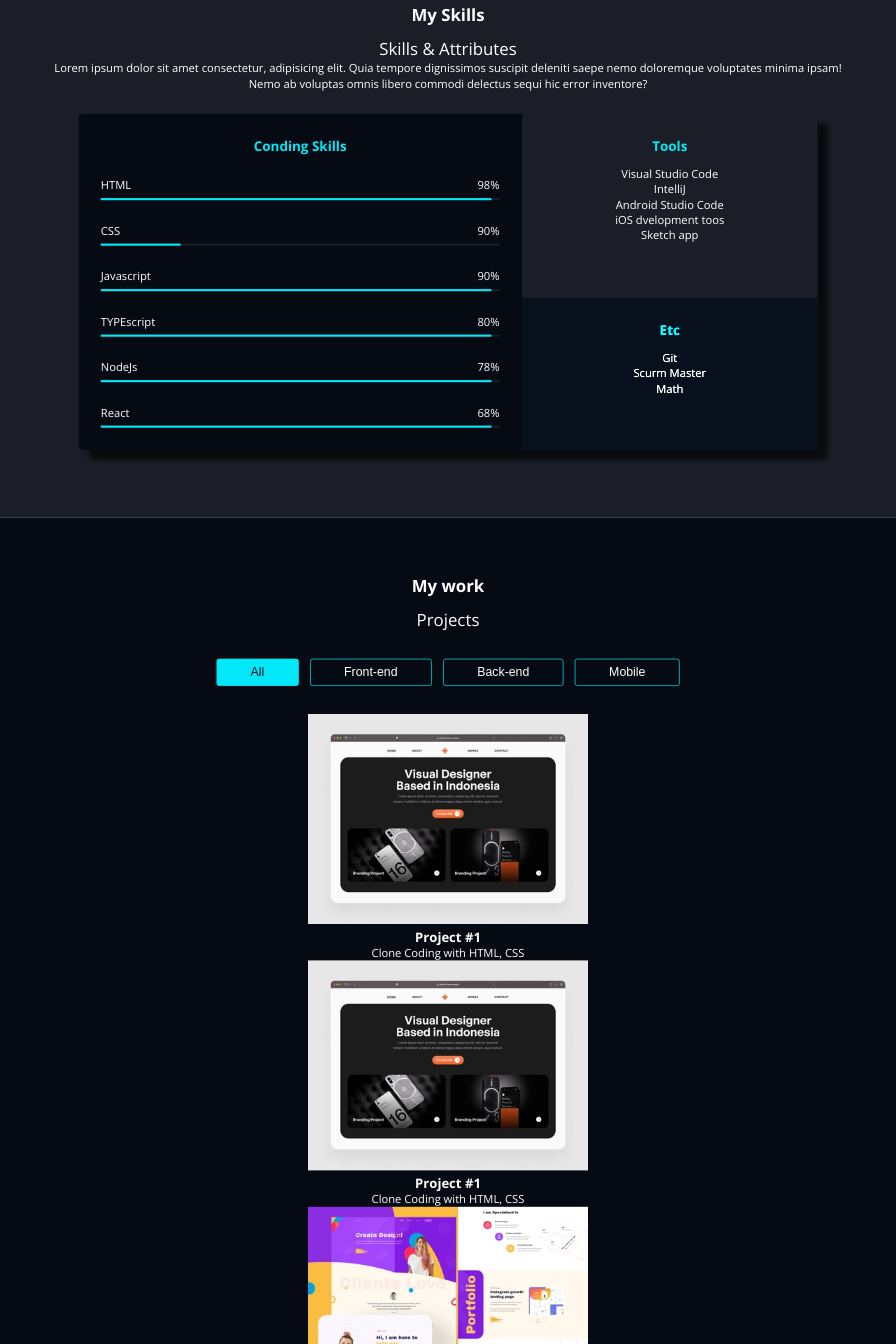
Repository: Arden-Sol/portfolio-website-clone-coding
Page: index.html
The author's editor kept a copy of each file at every save. The page is drawn from the files as they stood at one save, then again after the next save.
The browser window is 1280 px wide. The pictures show the part of the page from y = 1470 to 3390 px (the page is 6873 px tall), at 70% of full size.
Some web libraries are served in a nearby version.

Above is the page before, as saved 2024-03-27 00:58:57.

After the next save:
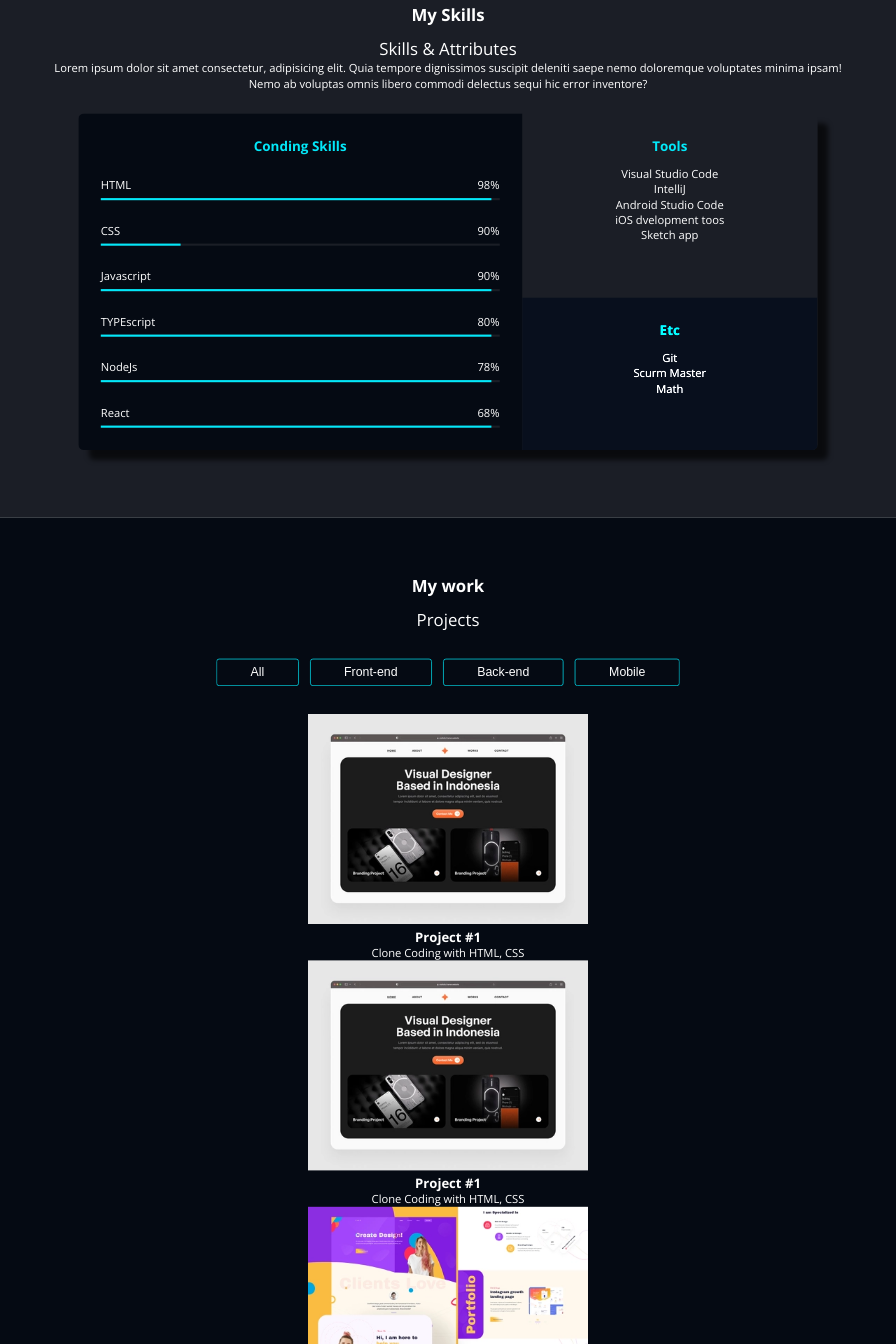
Saved 35 s later.
--- a/css/style.css
+++ b/css/style.css
@@ -264,7 +264,7 @@
   border: 1px solid var(--color-accent);
   cursor: pointer;
 }
-.category__selected {
+.category--selected {
   background-color: var(--color-accent);
   color: var(--color-primary);
 }
@@ -281,3 +281,6 @@
   background-color: var(--color-accent-variant);
   color: var(--color-text);
 }
+.category--selected {
+
+}

After the save that followed:
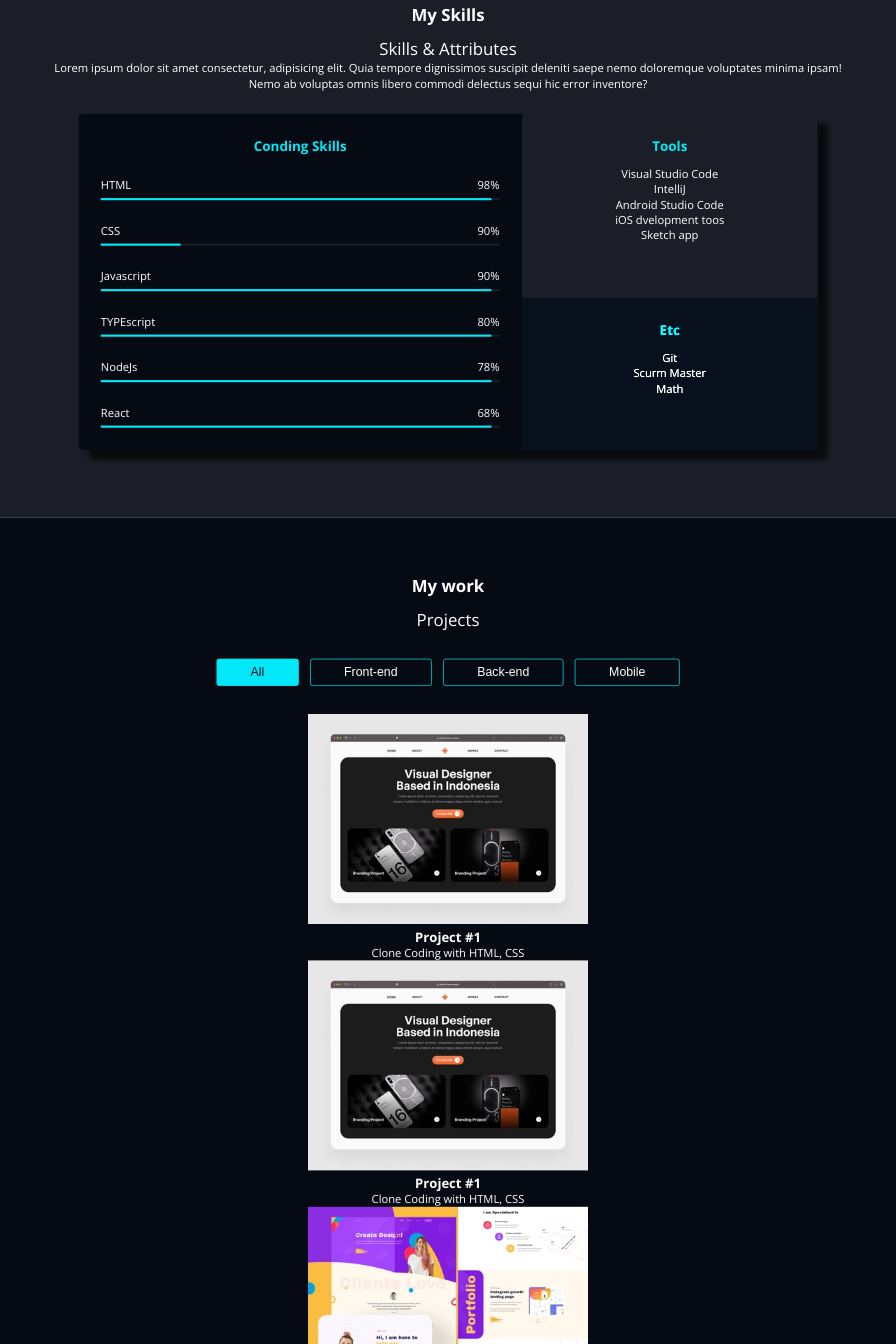
Saved 6 s later.
--- a/index.html
+++ b/index.html
@@ -173,7 +173,7 @@
         <h2 class="title">My work</h2>
         <p class="description">Projects</p>
         <ul class="categories">
-          <li><button class="category category__selected">All <span class="category__count">8</span></button></li>
+          <li><button class="category category--selected">All <span class="category__count">8</span></button></li>
           <li><button class="category">Front-end <span class="category__count">3</span></button></li>
           <li><button class="category">Back-end <span class="category__count">3</span></button></li>
           <li><button class="category">Mobile <span class="category__count">2</span></button></li>
